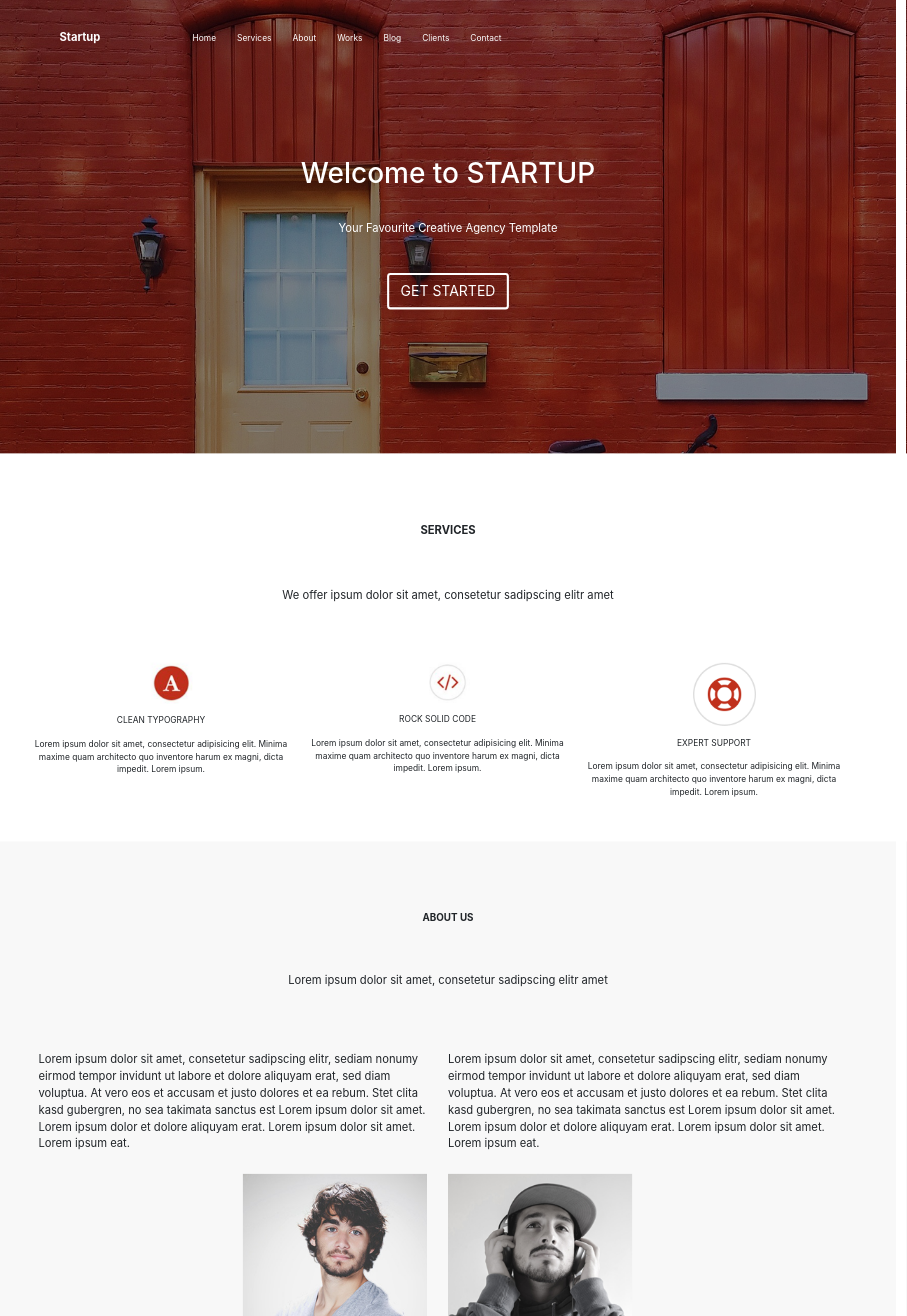
Repository: ivankovaa/HelloWorld
Page: lab5/index.html
The author's editor kept a record of every edit. The page is drawn from the files as they stood at one moment, then again after the next edit.
The browser window is 1280 px wide. The page is 1295 px wide, so the pictures cover 1295 px, including what lies to the right of the window. The pictures show the part of the page from y = 0 to 1880 px (the page is 3837 px tall), at 70% of full size.

Above is the page before.

After the next edit:
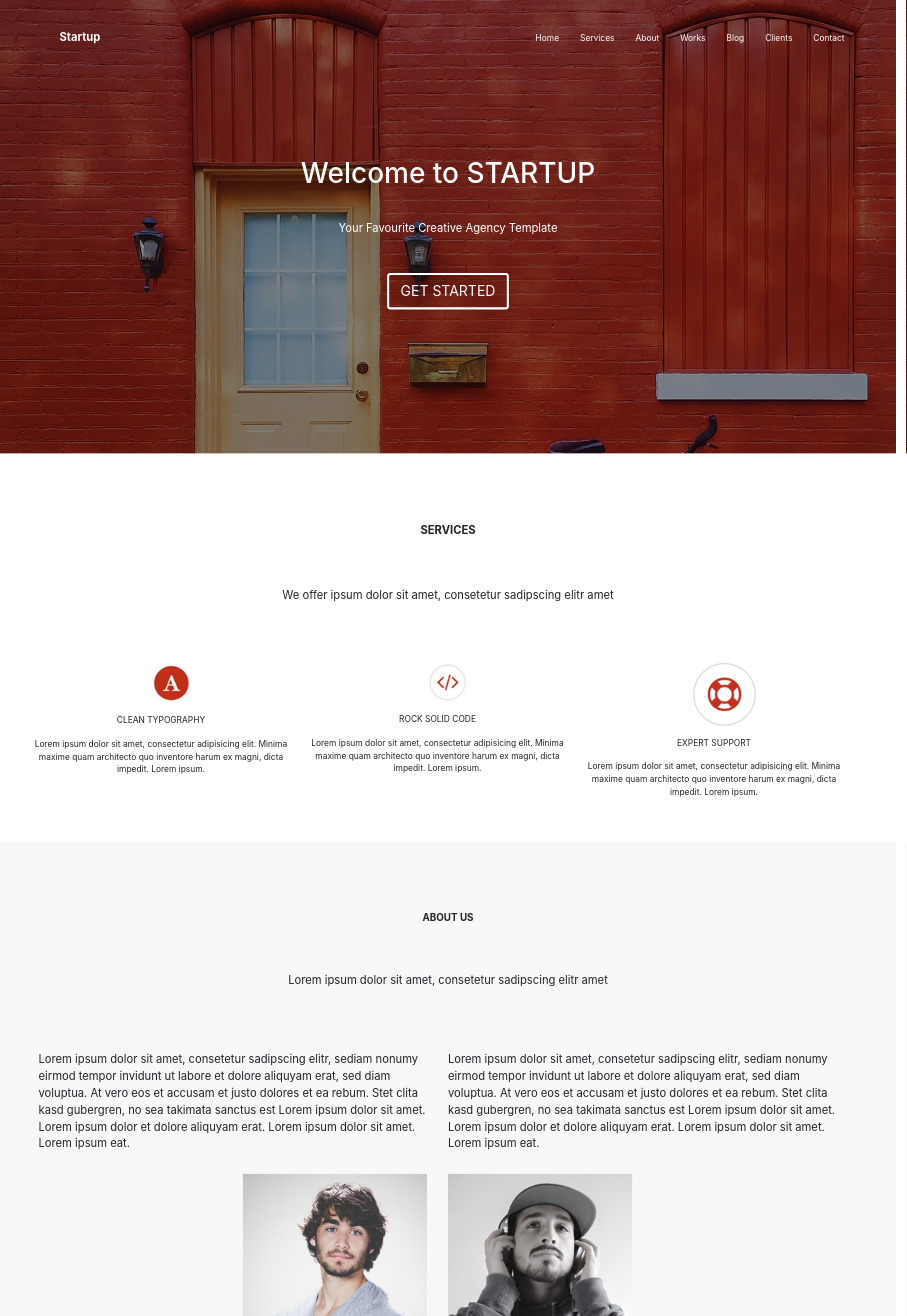
The edit:
--- a/lab5/style.css
+++ b/lab5/style.css
@@ -35,7 +35,7 @@
 
 .menu {
     padding-top: 40px;
-
+    margin-left: 490px;
     margin-bottom: 160px;
 }
 
